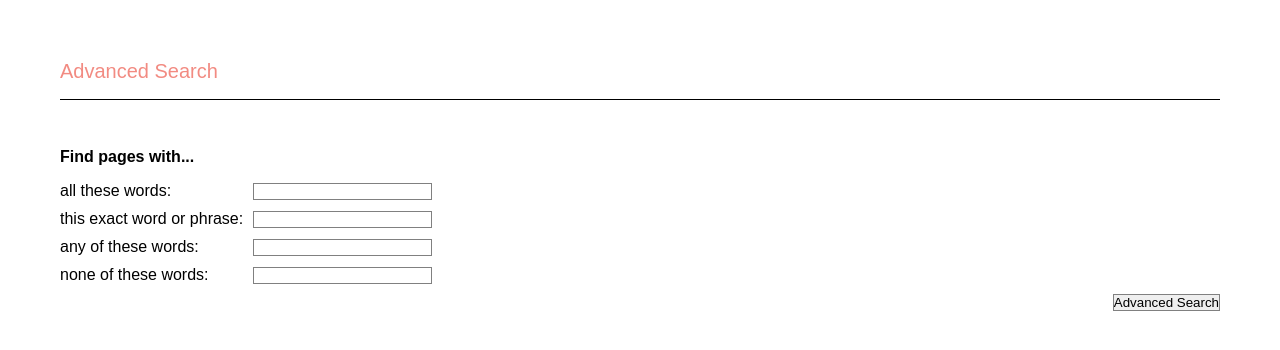
Repository: etentuk/search
Page: advanced_search.html
An editor plug-in stored every save of this project. The page is shown before and after the next save, followed by the edit.
The browser window is 1280 px wide. The pictures show the whole page.

Above is the page before, as saved 2021-11-04 23:46:56.

### advanced_search.html
<!DOCTYPE html>
<html lang="en">

<head>
    <title>Advanced Search</title>
    <link rel="stylesheet" href="styles.css">
</head>

<body>

    <div id="container">
        <div id="title">
            Advanced Search
        </div>
        <h4>Find pages with...</h4>
        <form action="https://google.com/search" class="form-example">
            <div style="display: table-row;">
                <div class="form-example">
                    <label for="as_q">all these words: </label>
                    <input type="text" id="as_q" name="as_q">
                </div>
                <div class="form-example">
                    <label for="as_epq">this exact word or phrase: </label>
                    <input type="text" id="as_epq" name="as_epq">
                </div>
                <div class="form-example">
                    <label for="as_oq">any of these words: </label>
                    <input type="text" id="as_oq" name="as_oq">
                </div>
                <div class="form-example">
                    <label for="as_eq">none of these words: </label>
                    <input type="text" id="as_eq" name="as_eq">
                </div>
                <div style="text-align: right; background-color: pink" style = {{}}>
                    <input id="submit" type="submit" value="Advanced Search">
                </div>
            </div>

        </form>
    </div>
</body>

</html>

### styles.css
* {
  margin: 0;
  padding: 0;
  box-sizing: border-box;
  font-family: Arial, sans-serif;
}

form.form-example {
  display: table;
}

div.form-example {
  display: table-row;
}

label,
input {
  display: table-cell;
  margin-bottom: 10px;
}

label {
  padding-right: 10px;
}

#title {
  border-bottom: 1px solid black;
  padding-bottom: 1rem;
  color: #f28b82;
  font-size: 20px;
  /* border-width: 10px; */
}

#container {
  font-family: Arial, Helvetica, sans-serif;
  min-height: 100vh;
  padding: 60px;
}

#container h4 {
  padding: 3rem 0 1rem 0;
  /* color: #fff; */
}

.form-example {
  width: 100%;
}

.form-example input {
  /* background-color: rgba(0, 0, 0, 0.8);
  width: 100%;
  border-radius: 2px; */
  border: 1px solid grey;
}

#submit {
  border: 1px solid grey;
  float: right;
}

After the next save:
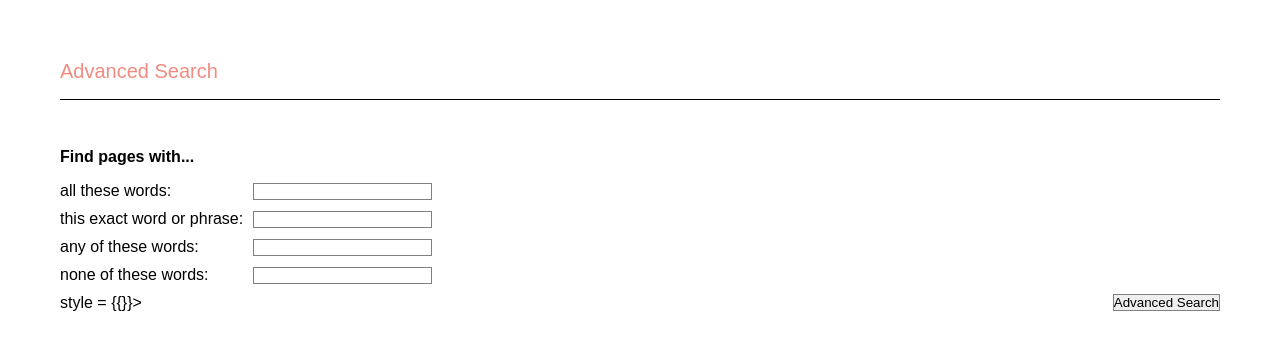
Saved 18 s later.
--- a/advanced_search.html
+++ b/advanced_search.html
@@ -31,7 +31,7 @@
                     <label for="as_eq">none of these words: </label>
                     <input type="text" id="as_eq" name="as_eq">
                 </div>
-                <div style="text-align: right; background-color: pink" style = {{}}>
+       style = {{}}>
                     <input id="submit" type="submit" value="Advanced Search">
                 </div>
             </div>

After the save that followed:
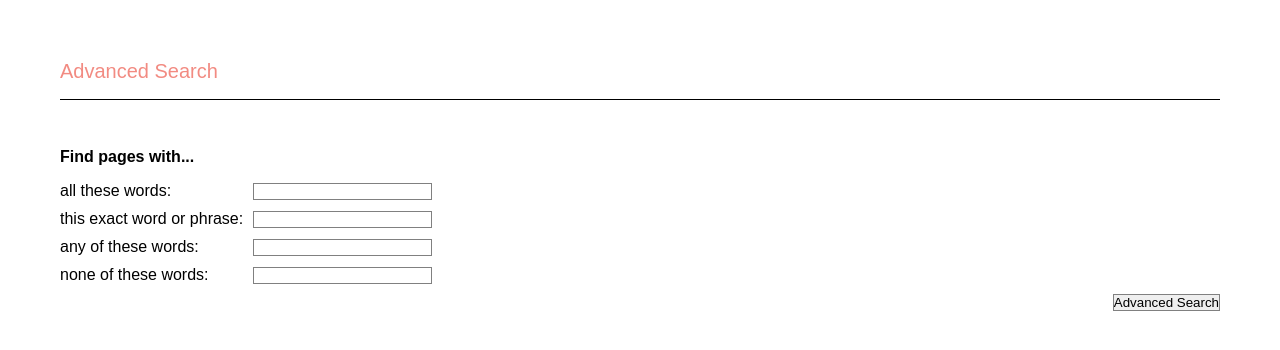
Saved 6 s later.
--- a/advanced_search.html
+++ b/advanced_search.html
@@ -31,7 +31,7 @@
                     <label for="as_eq">none of these words: </label>
                     <input type="text" id="as_eq" name="as_eq">
                 </div>
-       style = {{}}>
+                <div style="text-align: right; background-color: pink" style = {{}}>
                     <input id="submit" type="submit" value="Advanced Search">
                 </div>
             </div>
